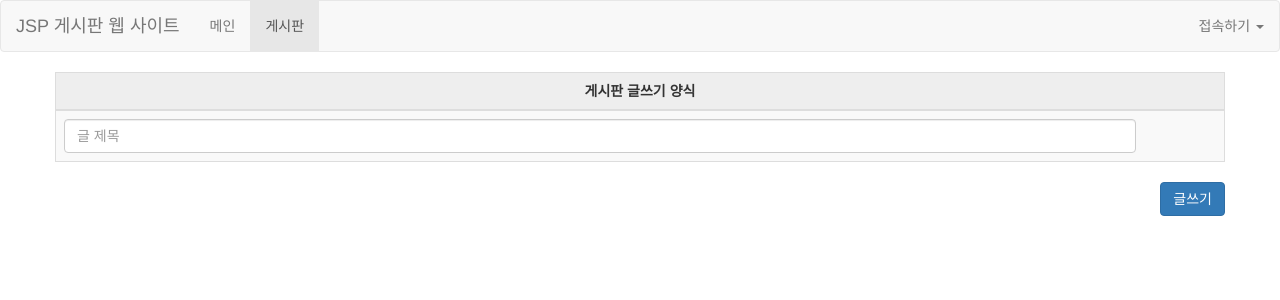
Repository: TheChok/BbsClone
Page: http://localhost/BBS/write.jsp
These files come from the project's save history. The page is drawn as it stood at one moment and after the next save; the edit follows.
The browser window is 1280 px wide. The pictures show the whole page.
Some web libraries are served in a nearby version. The page is served by Tomcat 9. Other server files are loaded and not shown.

Above is the page before, as saved 2023-09-21 12:01:42.

### BBS/src/main/webapp/write.jsp
<%@ page language="java" contentType="text/html; charset=UTF-8" pageEncoding="UTF-8" %>
<%@ page import="java.io.PrintWriter" %>
<!DOCTYPE html>
<html>
<head>
	<meta http-equiv="Content-Type" content="text/html; charset=UTF-8">
	<meta name="viewport" content="width=device-width", initial-scale="1">
	<link rel="stylesheet" href="css/bootstrap.css">
	<title>JSP 게시판 웹 사이트</title>
</head>
<body>
	<%
		String userID = null;
		if(session.getAttribute("userID") != null) {
			userID = (String) session.getAttribute("userID");
		}
	%>
	<!-- navbar -->
	<nav class="navbar navbar-default">
		<div class="navbar-header">
			<button type="button" class="navbar-toggle"
				data-toggle="collapse" data-target="#bs-example-navbar-collapse-1"
				aria-expanded="false">
				<span class="icon-bar"></span>
				<span class="icon-bar"></span>
				<span class="icon-bar"></span>
			</button>
			<a class="navbar-brand" href="main.jsp">JSP 게시판 웹 사이트</a>
		</div>

		<div class="collapse navbar-collapse" id="bs-example-navbar-collapse-1">
			<ul class="nav navbar-nav">
				<li><a href="main.jsp">메인</a></li>
				<li class='active'><a href="bbs.jsp">게시판</a></li>
			</ul>

			<%
				if(userID == null) {
			%>
				<ul class="nav navbar-nav navbar-right">
					<li class="dropdown">
						<a href="#" class="dropdown-toggle"
							data-toggle="dropdown" role="button" aria-haspopup="true"
							aria-expanded="false">
							접속하기
							<span class="caret"></span>
						</a>
						<ul class="dropdown-menu">
							<li><a href="login.jsp">로그인</a></li>
							<li><a href="join.jsp">회원가입</a></li>
						</ul>
					</li>
				</ul>
			<%
				} else {
			%>
				<ul class="nav navbar-nav navbar-right">
					<li class="dropdown">
						<a href="#" class="dropdown-toggle"
							data-toggle="dropdown" role="button" aria-haspopup="true"
							aria-expanded="false">
							회원관리
							<span class="caret"></span>
						</a>
						<ul class="dropdown-menu">
							<li><a href="logoutAction.jsp">로그아웃</a></li>
						</ul>
					</li>
				</ul>
			<%
				}
			%>
		</div>
	</nav>
	<!-- End - navbar -->

	<div class="container">
		<div class="row">
			<table class="table table-striped" style="text-align:center; border:1px solid #dddddd">
				<thead>
					<tr>
						<th colspan="2" style="background-color:#eeeeee; text-align:center;">게시판 글쓰기 양식</th>
					</tr>
				</thead>
				<tbody>
					<tr>
						<td>
							<input type="text" class="form-control" placeholder="글 제목" name="bbsTitle" maxlength="50" />
						</td>
						<td></td>
					</tr>
				</tbody>
			</table>
			<a href="write.jsp" class="btn btn-primary pull-right">글쓰기</a>
		</div>
	</div>



	<script src="https://code.jquery.com/jquery-3.1.1.min.js"></script>
	<script src="js/bootstrap.js"></script>
</body>
</html>

Loaded but not shown: BBS/src/main/webapp/css/bootstrap.css (library); BBS/src/main/webapp/js/bootstrap.js (library)

After the next save:
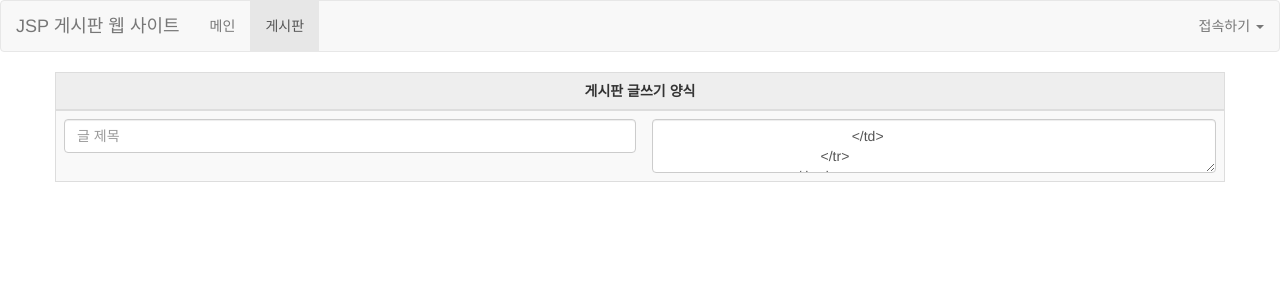
Saved 24 s later.
--- a/BBS/src/main/webapp/write.jsp
+++ b/BBS/src/main/webapp/write.jsp
@@ -87,7 +87,9 @@
 						<td>
 							<input type="text" class="form-control" placeholder="글 제목" name="bbsTitle" maxlength="50" />
 						</td>
-						<td></td>
+						<td>
+							<textarea type="text" class="form-control" placeholder="글 제목" name="bbsTitle" maxlength="50" />
+						</td>
 					</tr>
 				</tbody>
 			</table>
